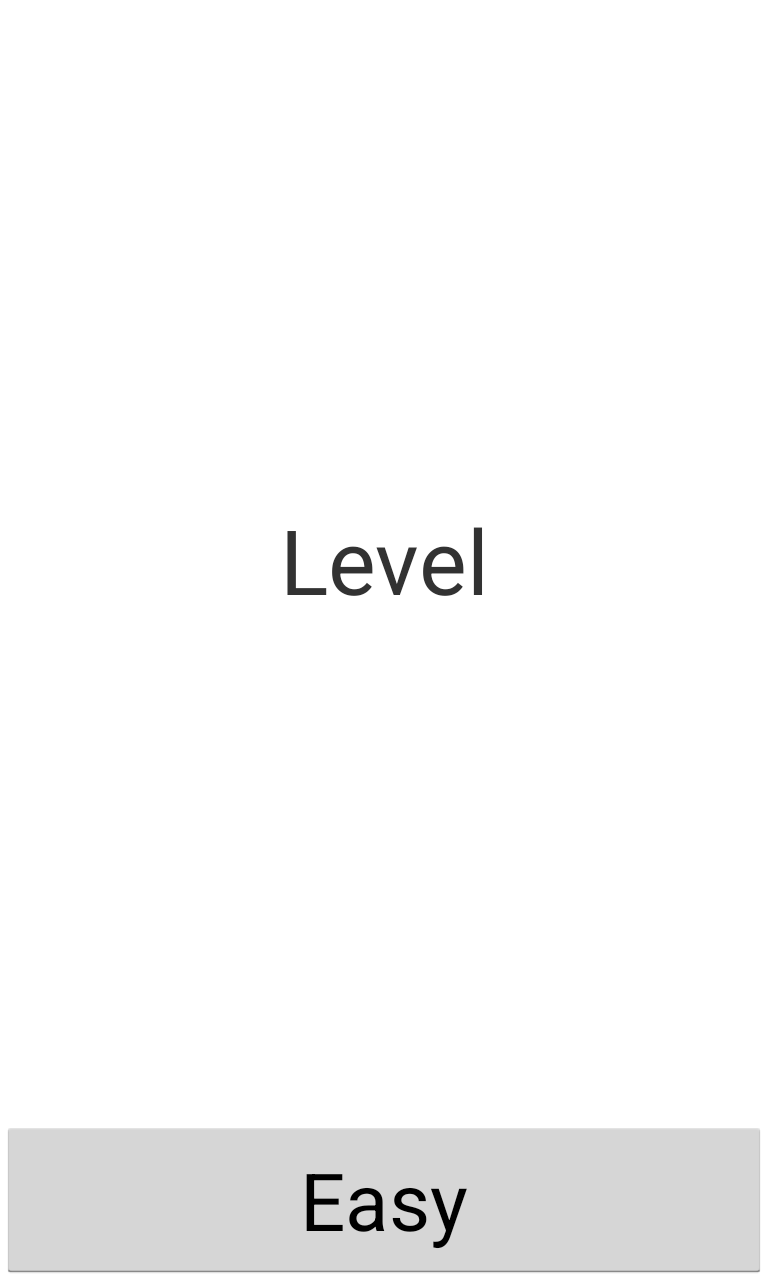
Repository: rupaligarje123/aakash
Layout: androidphotoquiz/FunChem1/photoquiz/res/layout/activity_main.xml
The author's editor kept a copy of each file at every save. The layout is drawn from the files as they stood at one save, then again after the next save.
It is drawn on a 768 x 1280 px phone screen (xhdpi) without system bars, with theme AppTheme; the app's code is not run.

Above is the layout before, as saved 2013-04-18 06:14:24.

After the next save:
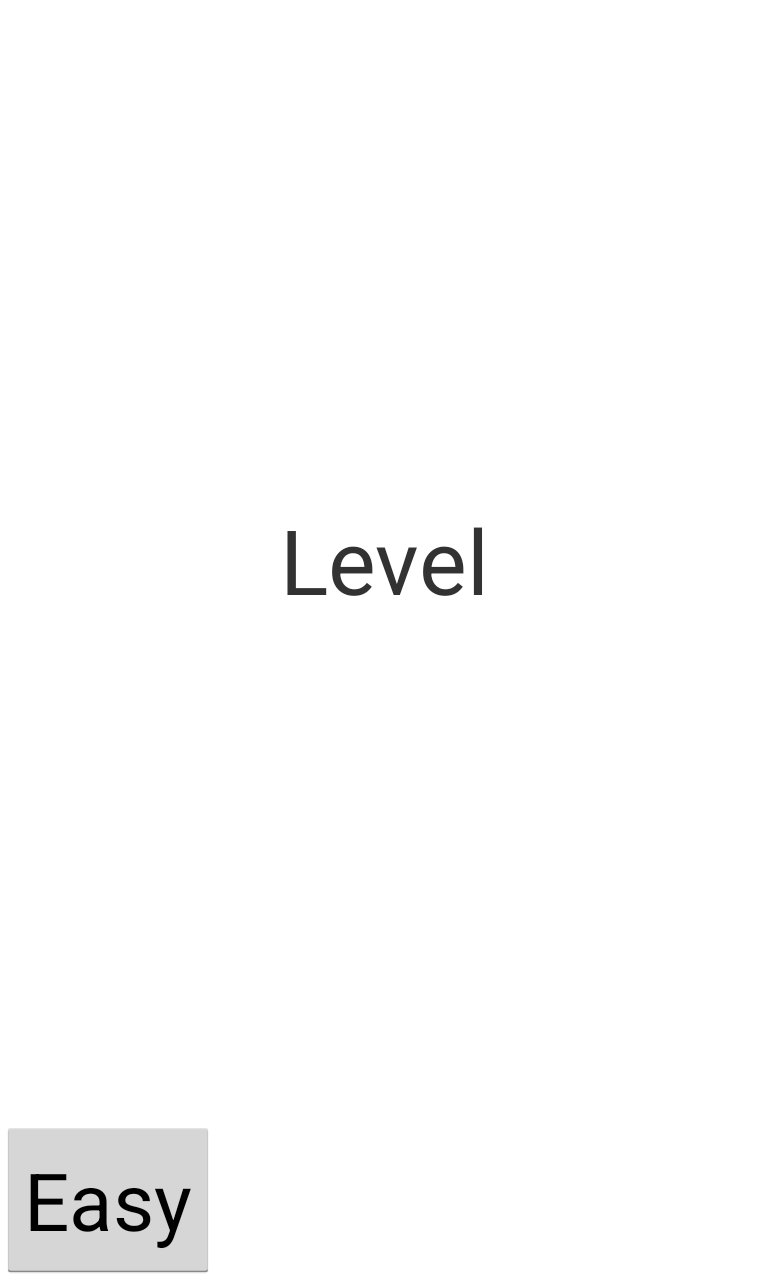
Saved 99 s later.
--- a/androidphotoquiz/FunChem1/photoquiz/res/layout/activity_main.xml
+++ b/androidphotoquiz/FunChem1/photoquiz/res/layout/activity_main.xml
@@ -16,7 +16,7 @@
 
     <Button
         android:id="@+id/bEasy"
-        android:layout_width="fill_parent"
+        android:layout_width="wrap_content"
         android:layout_height="80sp"
         android:layout_weight="0.00"
         android:text="Easy"

After the save that followed:
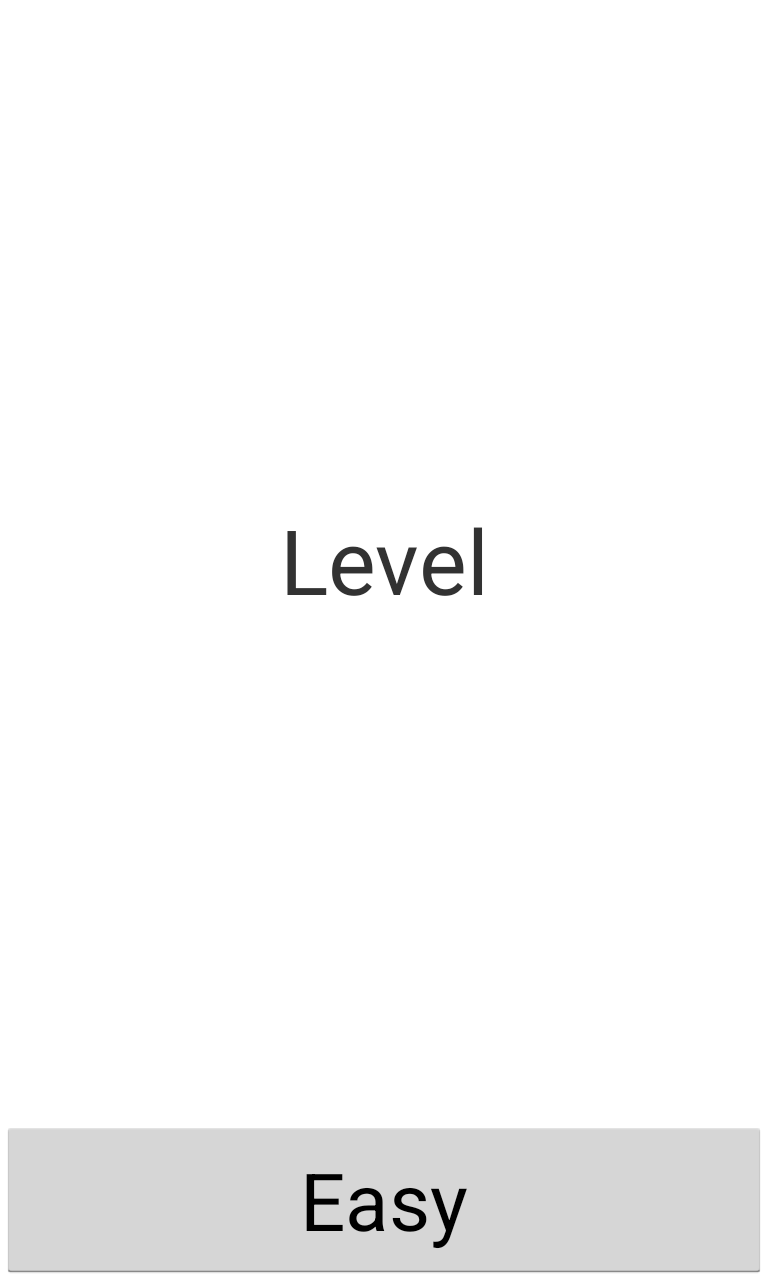
Saved 3 min 38 s later.
--- a/androidphotoquiz/FunChem1/photoquiz/res/layout/activity_main.xml
+++ b/androidphotoquiz/FunChem1/photoquiz/res/layout/activity_main.xml
@@ -16,7 +16,7 @@
 
     <Button
         android:id="@+id/bEasy"
-        android:layout_width="wrap_content"
+        android:layout_width="fill_parent"
         android:layout_height="80sp"
         android:layout_weight="0.00"
         android:text="Easy"
